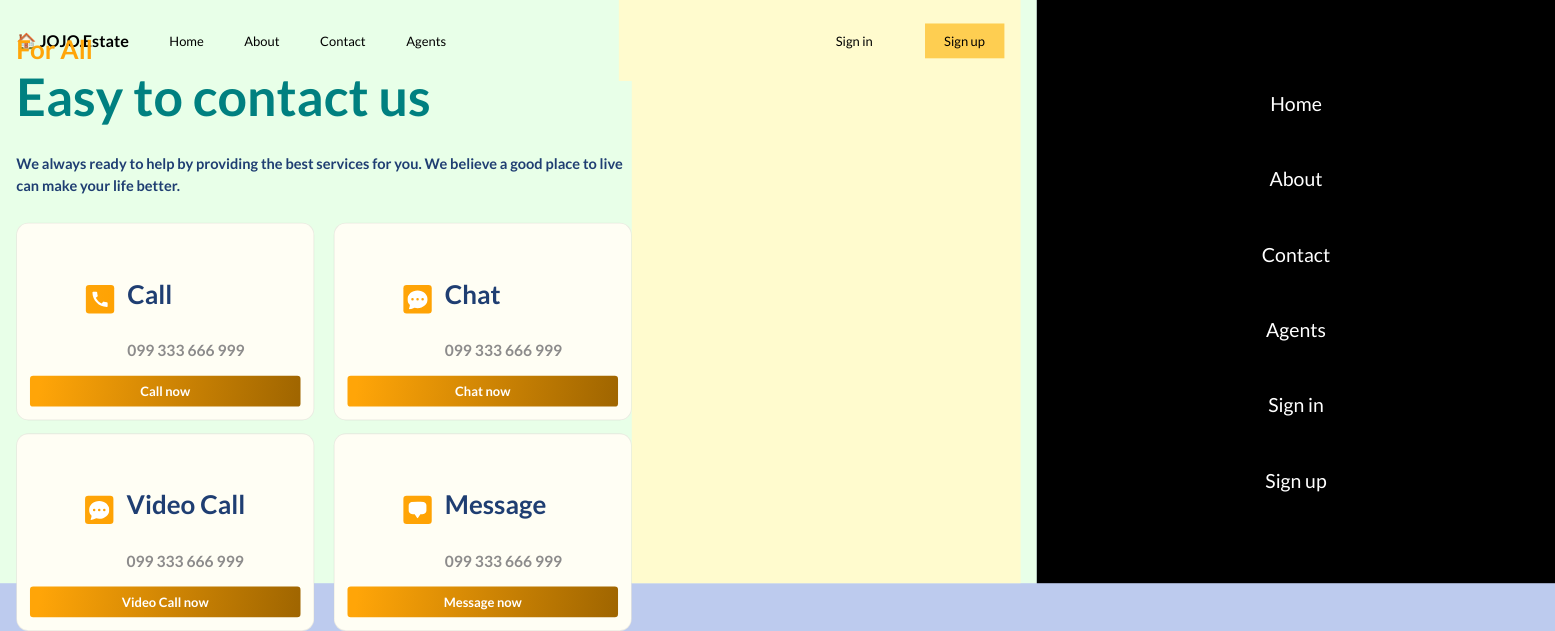
Repository: AiTrinh303/JOJO-estate
Page: /contact (app in client/)
An editor plug-in stored every save of this project. The page is shown before and after the next save, followed by the edit.
The browser window is 1280 px wide. The page is 1920 px wide, so the pictures cover 1920 px, including what lies to the right of the window. The pictures show the whole page, at 81% of full size.
The page's requests for data from a server got no answer. The project was rebuilt for these pictures with package versions that can differ from the ones it lists, and the page was loaded fresh each time. No one was signed in, and anything a server would have sent is missing. Also part of the build but not shown: client/vite.config.js, client/src/components/searchBar/searchBar.scss, client/src/components/searchBar/SearchBar.jsx, client/src/routes/homePage/homePage.scss, client/src/routes/homePage/homePage.jsx, client/src/routes/listPage/listPage.scss, client/src/components/filter/filter.scss, client/src/components/filter/Filter.jsx and 30 more. Imported but missing from the stored project, and not drawn on this page: client/src/components/uploadWidget/UploadWidget.

Above is the page before, as saved 2024-10-15 15:03:06.

After the next save:
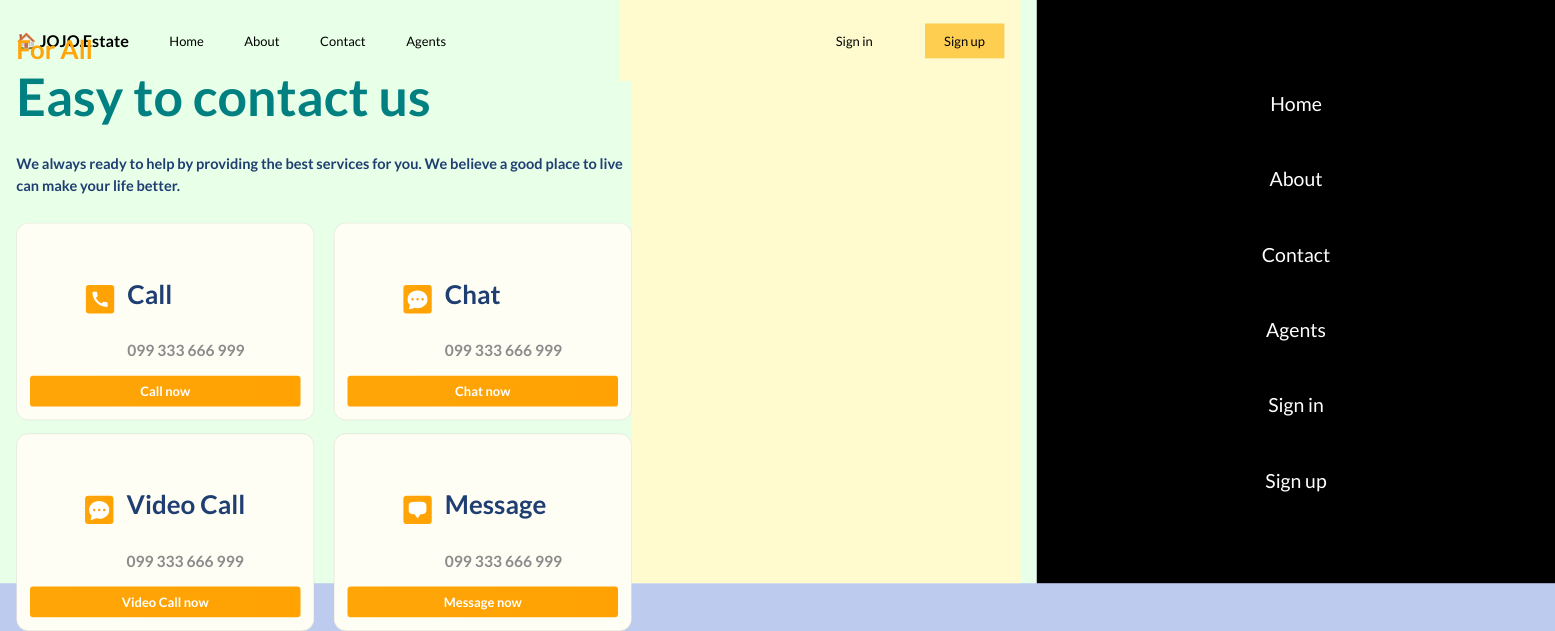
Saved 16 s later.
--- a/client/src/routes/contactPage/contactPage.scss
+++ b/client/src/routes/contactPage/contactPage.scss
@@ -97,7 +97,7 @@
                     padding: 0.6rem 1.4rem;
                     color: white;
                     font-weight: 700;
-                    background: linear-gradient(97.05deg, #FFA508 3.76%, #9f6500 100%);
+                    background: linear-gradient(97.05deg, #FFA508 3.76%, #ffa202 100%);
                     border: none;
                     border-radius: 4px;
                     transition: all 300ms ease-in;
